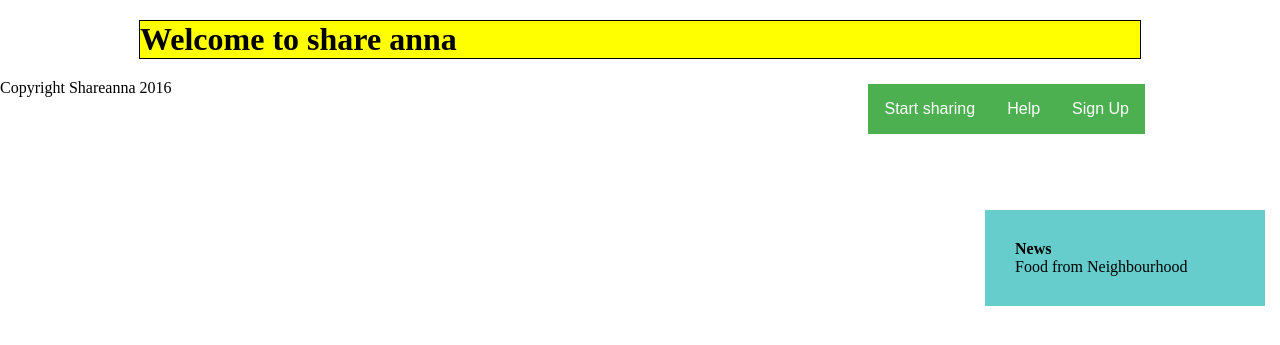
Repository: navigator007/shareanna
Page: practiceSpringMVC_1/src/main/webapp/home.html
These files come from the project's save history. The page is drawn as it stood at one moment and after the next save; the edit follows.
The browser window is 1280 px wide. The pictures show the whole page.

Above is the page before, as saved 2016-08-20 23:20:20.

### practiceSpringMVC_1/src/main/webapp/home.html
<!DOCTYPE html>
<html lang="en">
<head>
<meta charset="UTF-8">
<title>take-away, food sharing</title>
<link rel="stylesheet" href="css/home.css">
</head>
<body>
	<div id="main_header">
		<header>
			<h1>Welcome to share anna</h1>
		</header>
	</div>
	<div>
	<ul class = "menu_dropdown">
		<li>
			<div class="dropdown">
				<button class="dropbtn">Start sharing</button>
				<div class="dropdown-content">
					<a href="#">Share your dish and earn</a>
				</div>
			</div>
		</li>
		<li>
			<div class="dropdown">
				<button class="dropbtn">Help</button>
				<div class="dropdown-content">
					<a href="#">Getting started guide</a>
			<a href="#">How to place order</a>
			<a href="#">How price is determined</a>
			<a href="#">How payments are processed</a>
			<a href="#">How my dish reaches me?</a>
				</div>
			</div>
		</li>
		<li>
			<div class="dropdown">
				<button class="dropbtn">Sign Up</button>
				<div class="dropdown-content">
					<a href="#">Link 1</a>
					 <a href="#">Link 2</a>
					 <a href="#">Link3</a>
				</div>
			</div>
		</li>
	</ul>
	</div>
	<div id="section">
		<section>
			<aside>
				<h4>News</h4>
				Food from Neighbourhood
			</aside>
		</section>
	</div>
	<footer> Copyright Shareanna 2016 </footer>
</body>
</html>

### practiceSpringMVC_1/src/main/webapp/css/home.css
@CHARSET "UTF-8";
*{
	margin:0px;
	padding: 0px;
}
header ,section, footer, aside, nav, article, hgroup{
	display:block;
}
body{
	text-align:left;
}
#main_header{
	border: 1px solid black;
	width: 1000px;
	margin: 20px auto;
	background: yellow;
	text-decoration: blink;
}

#section{
	position: fixed;
	float: left;
	width: 220px;
	margin: 20px 0px;
	padding: 30px;
	background: #66cccc;
	top: 190px;
	right: 15px
}
/* Dropdown button section -- start */
.dropbtn {
    background-color: #4CAF50;
    color: white;
    padding: 16px;
    font-size: 16px;
    border: none;
    cursor: pointer;
}
.dropdown {
    position: relative;
    display: inline-block;
}
.dropdown-content {
    display: none;
    position: absolute;
    background-color: #f9f9f9;
    min-width: 130px;
    box-shadow: 0px 8px 16px 0px rgba(0,0,0,0.2);
}
.dropdown-content a {
    color: black;
    padding: 12px 16px;
    text-decoration: none;
    display: block;
}
.dropdown-content a:hover {background-color: #f1f1f1}

.dropdown:hover .dropdown-content {
    display: block;
}

.dropdown:hover .dropbtn {
    background-color: #3e8e41;
}
.menu_dropdown{
	margin: 0;
    padding: 5px;
    position: fixed;
    float: right;
    list-style-type: none;
    right: 130px;
}

.menu_dropdown li{
	float: left;
}
.menu_dropdown a{
	display: block;
	background-color: #dddddd;
}

After the next save:
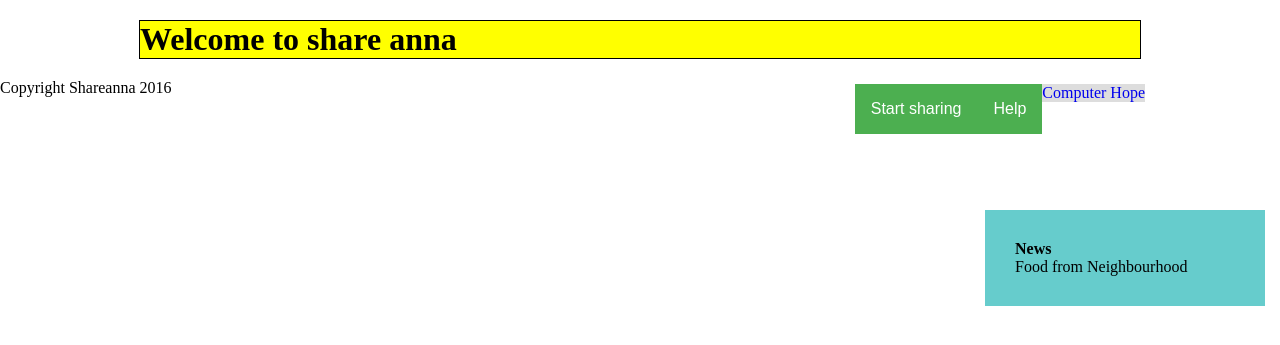
Saved 72 s later.
--- a/practiceSpringMVC_1/src/main/webapp/home.html
+++ b/practiceSpringMVC_1/src/main/webapp/home.html
@@ -12,38 +12,28 @@
 		</header>
 	</div>
 	<div>
-	<ul class = "menu_dropdown">
-		<li>
-			<div class="dropdown">
-				<button class="dropbtn">Start sharing</button>
-				<div class="dropdown-content">
-					<a href="#">Share your dish and earn</a>
+		<ul class="menu_dropdown">
+			<li>
+				<div class="dropdown">
+					<button class="dropbtn">Start sharing</button>
+					<div class="dropdown-content">
+						<a href="#">Share your dish and earn</a>
+					</div>
 				</div>
-			</div>
-		</li>
-		<li>
-			<div class="dropdown">
-				<button class="dropbtn">Help</button>
-				<div class="dropdown-content">
-					<a href="#">Getting started guide</a>
-			<a href="#">How to place order</a>
-			<a href="#">How price is determined</a>
-			<a href="#">How payments are processed</a>
-			<a href="#">How my dish reaches me?</a>
+			</li>
+			<li>
+				<div class="dropdown">
+					<button class="dropbtn">Help</button>
+					<div class="dropdown-content">
+						<a href="#">Getting started guide</a> <a href="#">How to place
+							order</a> <a href="#">How price is determined</a> <a href="#">How
+							payments are processed</a> <a href="#">How my dish reaches me?</a>
+					</div>
 				</div>
-			</div>
-		</li>
-		<li>
-			<div class="dropdown">
-				<button class="dropbtn">Sign Up</button>
-				<div class="dropdown-content">
-					<a href="#">Link 1</a>
-					 <a href="#">Link 2</a>
-					 <a href="#">Link3</a>
-				</div>
-			</div>
-		</li>
-	</ul>
+			</li>
+			<li><a href="#" style="text-decoration: none">Computer Hope</a>
+			</li>
+		</ul>
 	</div>
 	<div id="section">
 		<section>

After the save that followed:
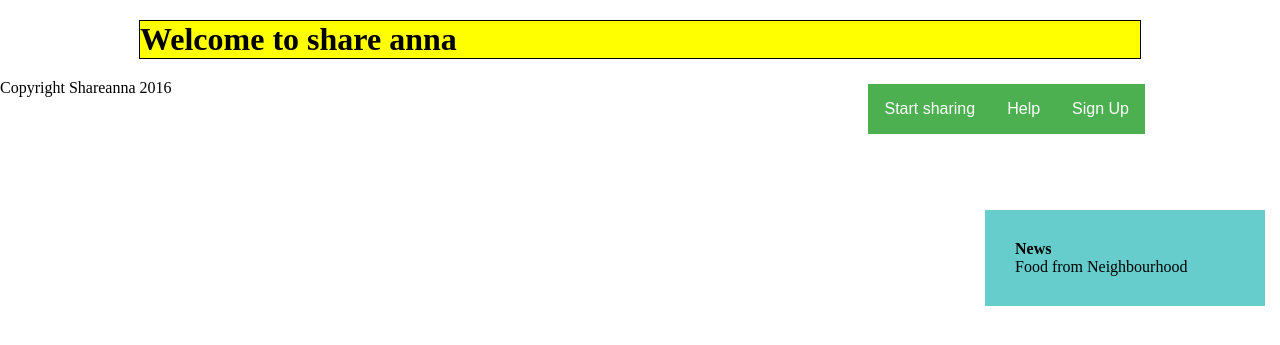
Saved 2 min 7 s later.
--- a/practiceSpringMVC_1/src/main/webapp/home.html
+++ b/practiceSpringMVC_1/src/main/webapp/home.html
@@ -12,28 +12,38 @@
 		</header>
 	</div>
 	<div>
-		<ul class="menu_dropdown">
-			<li>
-				<div class="dropdown">
-					<button class="dropbtn">Start sharing</button>
-					<div class="dropdown-content">
-						<a href="#">Share your dish and earn</a>
-					</div>
+	<ul class = "menu_dropdown">
+		<li>
+			<div class="dropdown">
+				<button class="dropbtn">Start sharing</button>
+				<div class="dropdown-content">
+					<a href="#">Share your dish and earn</a>
 				</div>
-			</li>
-			<li>
-				<div class="dropdown">
-					<button class="dropbtn">Help</button>
-					<div class="dropdown-content">
-						<a href="#">Getting started guide</a> <a href="#">How to place
-							order</a> <a href="#">How price is determined</a> <a href="#">How
-							payments are processed</a> <a href="#">How my dish reaches me?</a>
-					</div>
+			</div>
+		</li>
+		<li>
+			<div class="dropdown">
+				<button class="dropbtn">Help</button>
+				<div class="dropdown-content">
+					<a href="#">Getting started guide</a>
+			<a href="#">How to place order</a>
+			<a href="#">How price is determined</a>
+			<a href="#">How payments are processed</a>
+			<a href="#">How my dish reaches me?</a>
 				</div>
-			</li>
-			<li><a href="#" style="text-decoration: none">Computer Hope</a>
-			</li>
-		</ul>
+			</div>
+		</li>
+		<li>
+			<div class="dropdown">
+				<button class="dropbtn">Sign Up</button>
+				<div class="dropdown-content">
+					<a href="#">Link 1</a>
+					 <a href="#">Link 2</a>
+					 <a href="#">Link3</a>
+				</div>
+			</div>
+		</li>
+	</ul>
 	</div>
 	<div id="section">
 		<section>
